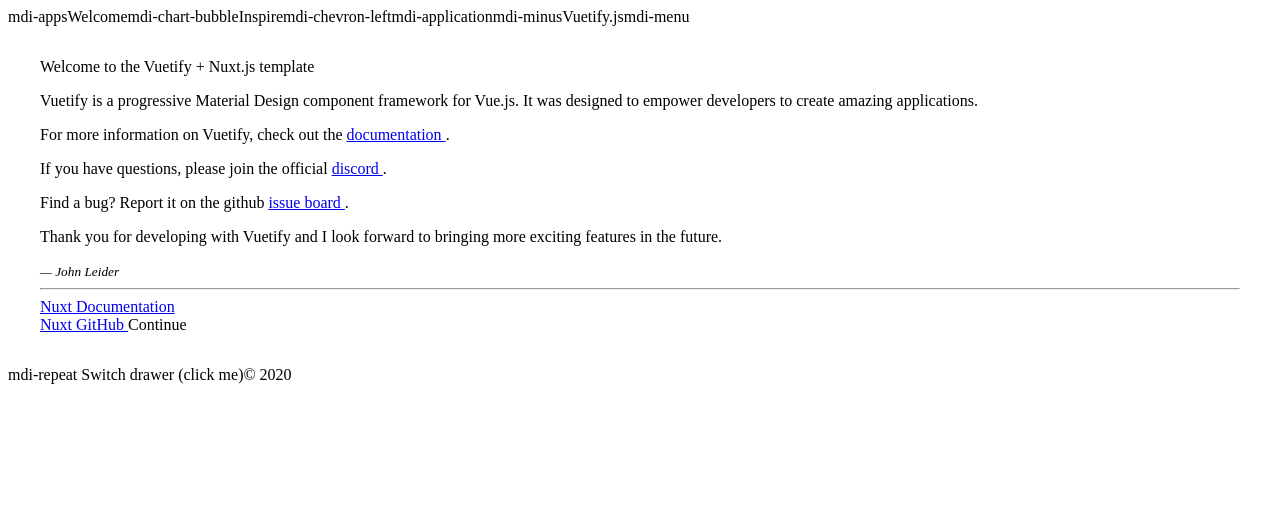
Repository: Natanhel/WhatZapp
Page: /
The author's editor kept a copy of each file at every save. The page is drawn from the files as they stood at one save, then again after the next save.
The browser window is 1280 px wide. The pictures show the whole page.
The project was rebuilt for these pictures with package versions that can differ from the ones it lists, and the page was loaded fresh each time. The framework's server and built-in components were replaced by stand-ins that run in the browser. Also part of the build but not shown: layouts/error.vue.

Above is the page before, as saved 2020-04-01 15:03:43.

### layouts/default.vue
<template>
  <v-app dark>
    <v-navigation-drawer
      v-model="drawer"
      :mini-variant="miniVariant"
      :clipped="clipped"
      fixed
      app
    >
      <v-list>
        <v-list-item
          v-for="(item, i) in items"
          :key="i"
          :to="item.to"
          router
          exact
        >
          <v-list-item-action>
            <v-icon>{{ item.icon }}</v-icon>
          </v-list-item-action>
          <v-list-item-content>
            <v-list-item-title v-text="item.title" />
          </v-list-item-content>
        </v-list-item>
      </v-list>
    </v-navigation-drawer>
    <v-app-bar
      :clipped-left="clipped"
      fixed
      app
    >
      <v-app-bar-nav-icon @click.stop="drawer = !drawer" />
      <v-btn
        icon
        @click.stop="miniVariant = !miniVariant"
      >
        <v-icon>mdi-{{ `chevron-${miniVariant ? 'right' : 'left'}` }}</v-icon>
      </v-btn>
      <v-btn
        icon
        @click.stop="clipped = !clipped"
      >
        <v-icon>mdi-application</v-icon>
      </v-btn>
      <v-btn
        icon
        @click.stop="fixed = !fixed"
      >
        <v-icon>mdi-minus</v-icon>
      </v-btn>
      <v-toolbar-title v-text="title" />
      <v-spacer />
      <v-btn
        icon
        @click.stop="rightDrawer = !rightDrawer"
      >
        <v-icon>mdi-menu</v-icon>
      </v-btn>
    </v-app-bar>
    <v-content>
      <v-container>
        <nuxt />
      </v-container>
    </v-content>
    <v-navigation-drawer
      v-model="rightDrawer"
      :right="right"
      temporary
      fixed
    >
      <v-list>
        <v-list-item @click.native="right = !right">
          <v-list-item-action>
            <v-icon light>
              mdi-repeat
            </v-icon>
          </v-list-item-action>
          <v-list-item-title>Switch drawer (click me)</v-list-item-title>
        </v-list-item>
      </v-list>
    </v-navigation-drawer>
    <v-footer
      :fixed="fixed"
      app
    >
      <span>&copy; {{ new Date().getFullYear() }}</span>
    </v-footer>
  </v-app>
</template>

<script>
export default {
  data () {
    return {
      clipped: false,
      drawer: false,
      fixed: false,
      items: [
        {
          icon: 'mdi-apps',
          title: 'Welcome',
          to: '/'
        },
        {
          icon: 'mdi-chart-bubble',
          title: 'Inspire',
          to: '/inspire'
        }
      ],
      miniVariant: false,
      right: true,
      rightDrawer: false,
      title: 'Vuetify.js'
    }
  }
}
</script>

### pages/index.vue
<template>
  <div id="indexMain">
    <v-layout
      column
      justify-center
      align-center
    >
      <v-flex
        xs12
        sm8
        md6
      >
        <v-card>
          <v-card-title class="headline">
            Welcome to the Vuetify + Nuxt.js template
          </v-card-title>
          <v-card-text>
            <p>Vuetify is a progressive Material Design component framework for Vue.js. It was designed to empower developers to create amazing applications.</p>
            <p>
              For more information on Vuetify, check out the <a
                href="https://vuetifyjs.com"
                target="_blank"
              >
                documentation
              </a>.
            </p>
            <p>
              If you have questions, please join the official <a
                href="https://chat.vuetifyjs.com/"
                target="_blank"
                title="chat"
              >
                discord
              </a>.
            </p>
            <p>
              Find a bug? Report it on the github <a
                href="https://github.com/vuetifyjs/vuetify/issues"
                target="_blank"
                title="contribute"
              >
                issue board
              </a>.
            </p>
            <p>Thank you for developing with Vuetify and I look forward to bringing more exciting features in the future.</p>
            <div class="text-xs-right">
              <em><small>&mdash; John Leider</small></em>
            </div>
            <hr class="my-3">
            <a
              href="https://nuxtjs.org/"
              target="_blank"
            >
              Nuxt Documentation
            </a>
            <br>
            <a
              href="https://github.com/nuxt/nuxt.js"
              target="_blank"
            >
              Nuxt GitHub
            </a>
          </v-card-text>
          <v-card-actions>
            <v-spacer />
            <v-btn
              color="primary"
              nuxt
              to="/inspire"
            >
              Continue
            </v-btn>
          </v-card-actions>
        </v-card>
      </v-flex>
    </v-layout>
  </div>
</template>

<script>
export default {
  components: {}
}
</script>

<style scoped>
#indexMain {
  padding: 2em;
}
</style>

Loaded but not shown: store/index.js (no copy from this time; the picture is the same without it)

After the next save:
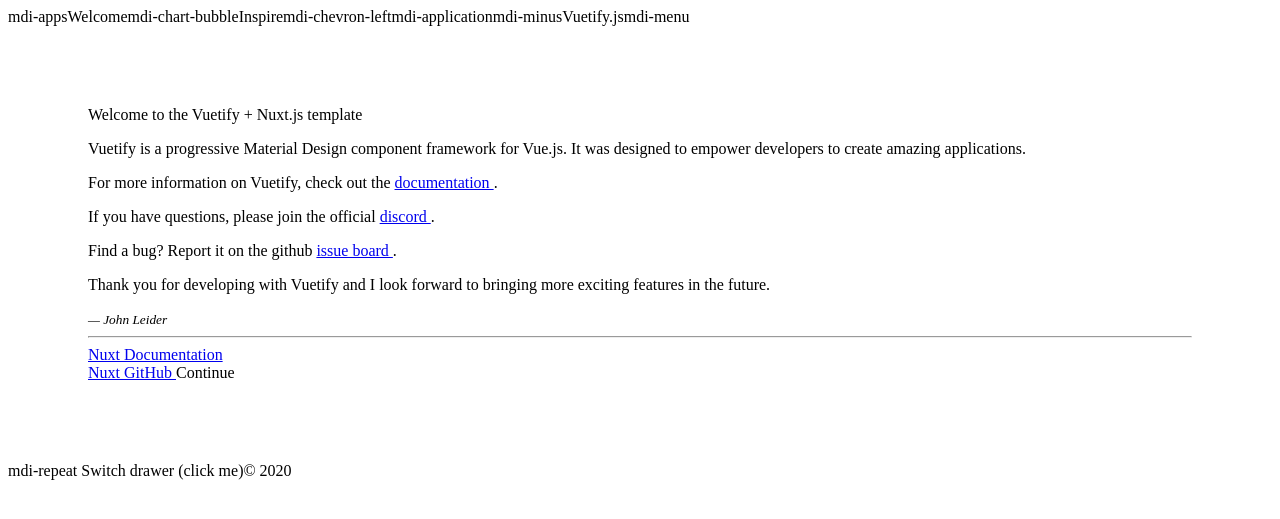
Saved 8 s later.
--- a/pages/index.vue
+++ b/pages/index.vue
@@ -85,6 +85,6 @@
 
 <style scoped>
 #indexMain {
-  padding: 2em;
+  padding: 5em;
 }
 </style>
